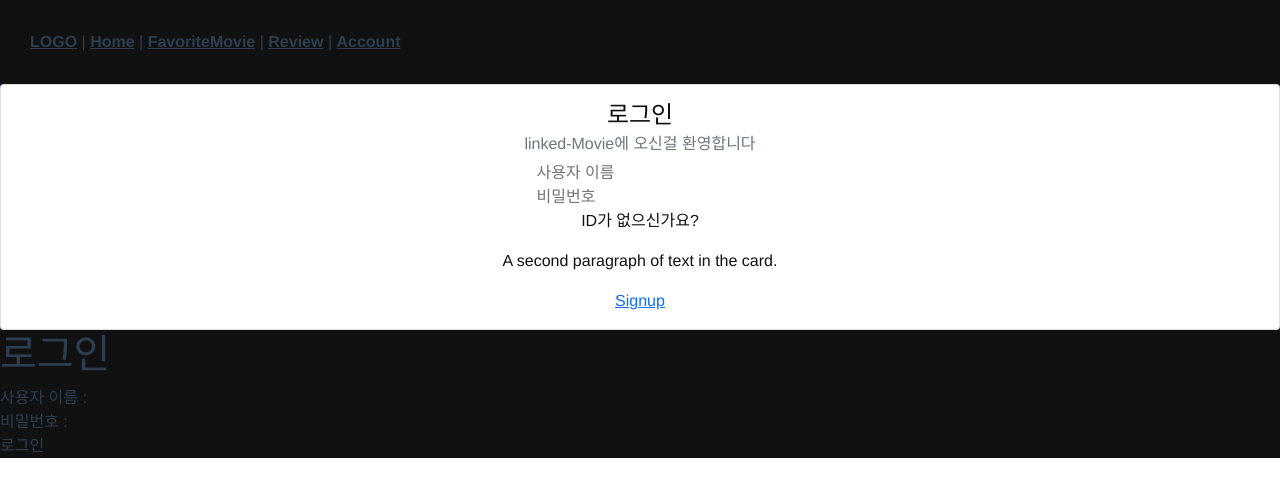
Repository: chomyoenggeun/linkedmovie
Page: /account/login (app in front/)
These files come from the project's save history. The page is drawn as it stood at one moment and after a run of saves; the edit follows.
The browser window is 1280 px wide. The pictures show the whole page.
The project was rebuilt for these pictures with package versions that can differ from the ones it lists, and the page was loaded fresh each time. Also part of the build but not shown: front/vue.config.js, front/src/components/MovieCard.vue, front/src/views/Home.vue, front/src/views/accounts/Account.vue, front/src/views/accounts/Signup.vue, front/src/views/FavoriteMovie.vue, front/src/views/Mypage.vue, front/src/components/DmovieReviewItem.vue and 10 more.

Above is the page before, as saved 2021-11-24 05:00:04.

### front/src/main.js
import Vue from 'vue'
import App from './App.vue'
import router from './router'
import store from './store'
import vuetify from './plugins/vuetify'
import BootstrapVue from 'bootstrap-vue'
import 'bootstrap/dist/css/bootstrap.min.css'
import 'bootstrap-vue/dist/bootstrap-vue.css'

Vue.use(BootstrapVue)
Vue.config.productionTip = false

new Vue({
  router,
  store,
  vuetify,
  render: h => h(App)
}).$mount('#app')

### front/src/App.vue
<template>
  <div id="app">
    <div id="nav">
      <router-link class="menubt" to="/home">LOGO</router-link> |
      <router-link class="menubt" to="/home">Home</router-link> |
      <router-link class="menubt" to="/favorite-movie">FavoriteMovie</router-link> |
      <router-link class="menubt" to="/review">Review</router-link> |
      <span v-if="isLogin">
        <router-link class="menubt_right" to="/mypage"
        >Mypage</router-link> |
      </span>
      <span v-else>
        <router-link class="menubt" to="/account">Account</router-link>
      </span>
    </div>
    <router-view
    @login="isLogin=true"/>
  </div>
</template>

<script>
export default {
  name : 'App',
    data: function(){
    return {
      isLogin: false,
    }
  },
  created : function(){
    const token = localStorage.getItem('jwt')
    if(token){
      this.isLogin = true
    }
  },
  methods : {
    checkLogin: function(loginState){
      this.isLogin = loginState
    }
  }

}
</script>

<style>
#app {
  font-family: Avenir, Helvetica, Arial, sans-serif;
  -webkit-font-smoothing: antialiased;
  -moz-osx-font-smoothing: grayscale;
  /* text-align: center; */
  color: #2c3e50;
  background: #111111;
}

#nav {
  padding: 30px;
}

#nav a {
  font-weight: bold;
  color: #2c3e50;
}
/* .menubt{
  padding : 20px;
  background: #255ca3;
  list-style:none;
} */
.menubt:hover{
  background:#255ca3; margin:auto; position:relative; display:box;
}
.menubt_rigth{
  text-align: right;
}

#nav a.router-link-exact-active {
  color: #dddddd;
}
</style>

### front/src/router/index.js
import Vue from 'vue'
import VueRouter from 'vue-router'
import Home from '../views/Home.vue'
import Account from '../views/accounts/Account.vue'
import Login from '../views/accounts/Login.vue'
import Signup from '../views/accounts/Signup.vue'
import FavoriteMovie from '../views/FavoriteMovie.vue'
import Mypage from '../views/Mypage.vue'
import Movie from '../components/Movie.vue'
import Review from '../views/Review.vue'
import MovieReviewForm from '../components/MovieReviewForm.vue'
import MovieReviewCommunity from '../components/MovieReviewCommunity.vue'
// import MovieReviewCreate from '../components/MovieReviewCreate.vue'

Vue.use(VueRouter)

const routes = [
  {
    path: '/home',
    name: 'Home',
    component: Home
  },
  {
    path: '/favorite-movie',
    name: 'FavoriteMovie',
    component : FavoriteMovie
  },
  /////////////////////////////////
  //account//
  {
    path: '/account',
    name: 'Account',
    component : Account,
  },
  {
    path: '/account/login',
    name: 'Login',
    component : Login,
  },
  {
    path: '/account/signup',
    name: 'Signup',
    component : Signup,
  },
  //account//
  /////////////////////////////////
  {
    path: '/mypage',
    name: 'Mypage',
    component : Mypage,
  },
  {
    path: '/home/movie/:movieId',
    name: 'Movie',
    component : Movie
  },
///////////////////////////////////////////////////
//////////리뷰작성///////////
  {
    path: '/review',
    name: 'Review',
    component : Review
  },
  {
    path: '/review/create',
    name: 'MovieReviewForm',
    component : MovieReviewForm
  },
  {
    path: '/review/detail/:reviewId',
    name: 'MovieReviewCommunity',
    component: MovieReviewCommunity
  }
  ////////////////////////////////////////////////////////
  // {
  //   path: '/movie-review-create',
  //   name: 'MovieReviewCreate',
  //   component : MovieReviewCreate
  // },

]

const router = new VueRouter({
  mode: 'history',
  base: process.env.BASE_URL,
  routes
})

export default router

### front/src/store/index.js
import Vue from 'vue'
import Vuex from 'vuex'
import axios from 'axios'
import router from '../router'

Vue.use(Vuex)

export default new Vuex.Store({
  state: {
    movieCards: [],
    carosalCards : [],
    loginState : false,
    loginjwt : null,
    reviews: [],
    user : null,
    comments : [],
    moviereviews: [],
  },
  mutations: {
    // GET_LOGIN_USER: function(state,res){
    //   state.user = res

    // },
    LOAD_MOVIE_CARDS:function(state, results){
      state.movieCards = results
    },
    GET_REVIEWS:function(state, res){
      state.reviews = res
      // console.log(state.reviews)
    },
    GET_MOVIE_REVIEWS : function(state,res){
      state.moviereviews = res
    },
    CREATE_REVIEWS : function(state, res){
      state.reviews.push(res)
      // console.log(state.reviews)
    },
    UPDATE_REVIEW : function(state,reviewItem){
      state.reviews = state.reviews.map((review) => {
        if (review === reviewItem){
          return { ...review,
            title: reviewItem.titie,
            content: reviewItem.content,
            rank: reviewItem.rank
          }
        }
        return review
      })
    },
    DELETE_REVIEW : function(state, reviewItem){
      const index = state.reviews.indexOf(reviewItem)
      state.reviews.splice(index,1)
    },
    GET_COMMENTS : function(state,res){
      state.comments = res
    },
    CREATE_COMMENT : function(state, res){
      state.comments.push(res)
    },
    DELETE_COMMENT : function(state,commentItem){
      const index = state.comments.indexOf(commentItem)
      state.comments.splice(index, 1)
    }
  },
  actions: {
    // getLoginUser: function({commit},token){
    //   axios({
    //     method: 'get',
    //     url:'http://123.0.01:8000/account/api-token-auth/',
    //     headers: token,
    //   })
    //     .then(res =>{
    //       console.log(res)
    //       commit('GET_LOGIN_USER')
    //     })
    // },
    // 로그인 정보 보내기
    // Login: function(context){
    //   axios({
    //     method: 'post',
    //     url: 'http://127.0.0.1:8000/accounts/signup/',
    //     data: this.credentials
    //   })
    //     .then(()=>{
    //       console.log(context)
    //       context.commit('LOGIN',context)
    //       this.$router.push({name: 'Login'})
    //     })
    //     .catch(err =>{
    //       console.log(err)
    //     })
    // },
    // 영화 불러오기
    LoadMovieCards: function({commit},token){
      axios({
        method: 'get',
        url: 'http://127.0.0.1:8000/movies/',
        headers: token,
      })
        .then(res => {
          console.log(res.data)
          commit('LOAD_MOVIE_CARDS',res.data)
        })
    },
    LoadGenreData : function({commit},token){
      axios({
        method: 'get',
        url:`http://127.0.0.1:8000/movies/genres/`,
        headers: token,
      })
        .then(res =>{
          console.log(res.data)
          commit('LOAD_GENRE_DATA',res.data)
        })
    },
    // LikeMovie:function({commit},token){
    //   axios({
    //     method: 'put',
    //     url: 'http://127.0.0.1:8000/movies/',
    //     headers: token,
    //   })
    // },
    getReviews: function({commit},token){
      axios({
        method: 'get',
        url: `http://127.0.0.1:8000/community/`,
        headers: token,
      })
        .then(res => {
          // console.log(res.data)
          commit('GET_REVIEWS',res.data)
        })
        .catch(err => {
          console.log(err)
        })
    },
    createReviews: function({commit},object){
      axios({
        method: 'post',
        url:'http://127.0.0.1:8000/community/',
        headers: object.token,
        data: object.reviewItem,
      })
        .then(res => {
          console.log(res)
          commit('CREATE_REVIEWS')
          router.push({ name:'Review' })
          router.go()
        })
        .catch(err => {
          console.log(err)
        })
    },
    updateReview: function({commit},object){
      axios({
        method: 'PUT',
        url:`http://127.0.0.1:8000/community/${object.review_id}/`,
        data:object.reviewItem,
        headers: object.token
      })
        .then(() => {
          commit('UPDATE_REVIEW')
        })
        .catch(err => {
          console.log(err)
        })
    },
    deleteReview({commit},object){
      axios({
        method: 'DELETE',
        url:`http://127.0.0.1:8000/community/${object.review_id}/`,
        headers: object.token,

      })
        .then(res=>{
          console.log(res)
          commit('DELETE_REVIEW')
        })
        .catch(err =>{
          console.log(err)
        })
    },
    getComments({commit},object){
      axios({
        method: 'GET',
        url:`http://127.0.0.1:8000/community/${object.review_id}/comments/`,
        headers: object.token,

      })
        .then((res) => {
          // console.log(object.review_id)
          // console.log(res)
          commit('GET_COMMENTS',res.data)
        })
        .catch(err => {
          console.log(err)
        })
    },
    createComment({commit},object){
      axios({
        method: 'POST',
        url:`http://127.0.0.1:8000/community/${object.review_id}/comments/`,
        data: object.commentItem,
        headers: object.token,
      })
        .then((res) =>{
          commit('CREATE_COMMENT', res.data)
        })
        .catch(err =>{
          console.log(err)
        })
    },
    deleteComment({commit},object){
      axios({
        method:'DELETE',
        url: `http://127.0.0.1:8000/community/comments/${object.comment_id}/`,
        headers: object.token
      })
        .then((res)=>{
          console.log(res)
          commit('DELETE_COMMENT',res.data)
          router.go()
        })
        .catch(err =>{
          console.log(err)
        })
    },
    getMovieReviews({commit},object){
      axios({
        method: 'GET',
        url:`http://127.0.0.1:8000/movies/moviereviews/`,
        headers: object.token,
      })
        .then((res) => {
          // console.log(object.review_id)
          // console.log(res)
          commit('GET_MOVIE_REVIEWS',res.data)
        })
        .catch(err => {
          console.log(err)
        })
    }
  },

  modules: {
  }
})

### front/src/views/accounts/Login.vue
<template>
  <div>

    <!-- <div class="login-page">
      <transition name="fade">
         <div v-if="!registerActive" class="wallpaper-login"></div>
      </transition>
      <div class="wallpaper-register"></div>

      <div class="container">
         <div class="row m-6 p-6">
            <div class="col-lg-4 col-md-6 col-sm-8 mx-auto">
               <div v-if="!registerActive" class="card login" v-bind:class="{ error: emptyFields }">
                  <h1>Sign In</h1>
                  <form class="form-group">
                     <input v-model="emailLogin" type="email" class="form-control" placeholder="Email" required>
                     <input v-model="passwordLogin" type="password" class="form-control" placeholder="Password" required>
                     <input type="submit" class="btn btn-primary" @click="doLogin">
                     <p>Don't have an account? <a href="#" @click="registerActive = !registerActive, emptyFields = false">Sign up here</a>
                     </p>
                     <p><a href="#">Forgot your password?</a></p>
                  </form>
               </div>

               <div v-else class="card register" v-bind:class="{ error: emptyFields }">
                  <h1>Sign Up</h1>
                  <form class="form-group">
                     <input v-model="emailReg" type="email" class="form-control" placeholder="Email" required>
                     <input v-model="passwordReg" type="password" class="form-control" placeholder="Password" required>
                     <input v-model="confirmReg" type="password" class="form-control" placeholder="Confirm Password" required>
                     <input type="submit" class="btn btn-primary" @click="doRegister">
                     <p>Already have an account? <a href="#" @click="registerActive = !registerActive, emptyFields = false">Sign in here</a>
                     </p>
                  </form>
               </div>
            </div>
         </div>

      </div>
   </div> -->

    <div class="to-center bg-color">
      <b-card title="로그인" sub-title="linked-Movie에 오신걸 환영합니다">
        <div>
          <input type="text" placeholder="사용자 이름"
          id="username"
          v-model="credentials.username">
        </div>
        <div>
          <input type="password"
          id="password" placeholder="비밀번호"
          v-model="credentials.password"
          @keyup.enter="login">
        </div>
        <b-card-text>
          ID가 없으신가요?
        </b-card-text>

        <b-card-text>A second paragraph of text in the card.</b-card-text>
        <router-link to="/account/signup">Signup</router-link>
      </b-card>
    </div>


    <h1>로그인</h1>
    <div>
      <label for="username">사용자 이름 : </label>
      <input type="text"
      id="username"
      v-model="credentials.username">
    </div>
    <div>
      <label for="password">비밀번호 : </label>
      <input type="password"
      id="password"
      v-model="credentials.password"
      @keyup.enter="login">
    </div>
    <button @click="login">로그인</button>
  </div>
</template>

<script>
import axios from 'axios'

export default {
  name : 'Login',
  data: function(){
    return {
      credentials: {
        username: null,
        password: null,
        isLogin: false,
      }
    }
  },
  props:{
    loginState : String,
  },
  methods: {
    login: function(){
      axios({
        method: 'post',
        url: 'http://127.0.0.1:8000/accounts/api-token-auth/',
        data: this.credentials,
      })
        .then(res => {
          console.log(this.credentials)
          localStorage.setItem('jwt',res.data.token)
          this.$emit('login')
          this.$emit('is-login',true)
          this.$router.push({ name: 'Home'})
        })
        .catch(err =>{
          console.log(err)
        })
    }
  }
}
</script>

<style scoped>
.to-center{
  text-align: center;
}
.bg-color{
  background: rgb(6,5,87);
  background: linear-gradient(180deg, rgba(6,5,87,1) 0%, rgba(43,12,69,1) 100%);
  color: #111111;
  padding: auto
}
</style>

Loaded but not shown: front/public/index.html (common file); front/src/plugins/vuetify.js (common file)

After the next 4 saves:
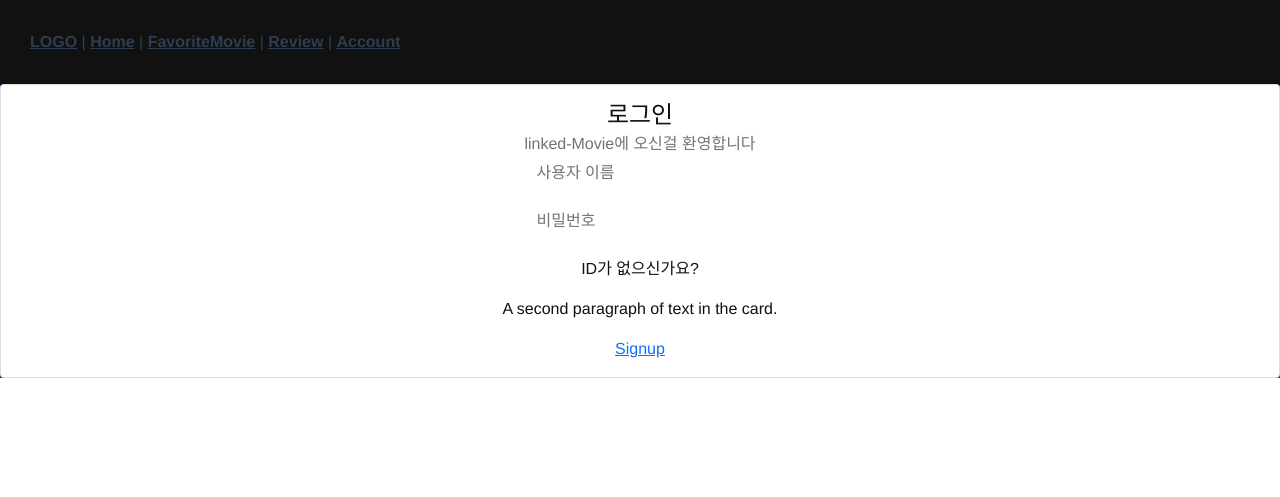
The 4 saves are shown as one change because 3 did not build or start.
The last was saved 3 min 2 s later.
--- a/front/src/views/accounts/Login.vue
+++ b/front/src/views/accounts/Login.vue
@@ -46,12 +46,14 @@
           id="username"
           v-model="credentials.username">
         </div>
+        <br>
         <div>
           <input type="password"
           id="password" placeholder="비밀번호"
           v-model="credentials.password"
           @keyup.enter="login">
         </div>
+        <br>
         <b-card-text>
           ID가 없으신가요?
         </b-card-text>
@@ -60,23 +62,6 @@
         <router-link to="/account/signup">Signup</router-link>
       </b-card>
     </div>
-
-
-    <h1>로그인</h1>
-    <div>
-      <label for="username">사용자 이름 : </label>
-      <input type="text"
-      id="username"
-      v-model="credentials.username">
-    </div>
-    <div>
-      <label for="password">비밀번호 : </label>
-      <input type="password"
-      id="password"
-      v-model="credentials.password"
-      @keyup.enter="login">
-    </div>
-    <button @click="login">로그인</button>
   </div>
 </template>
 
